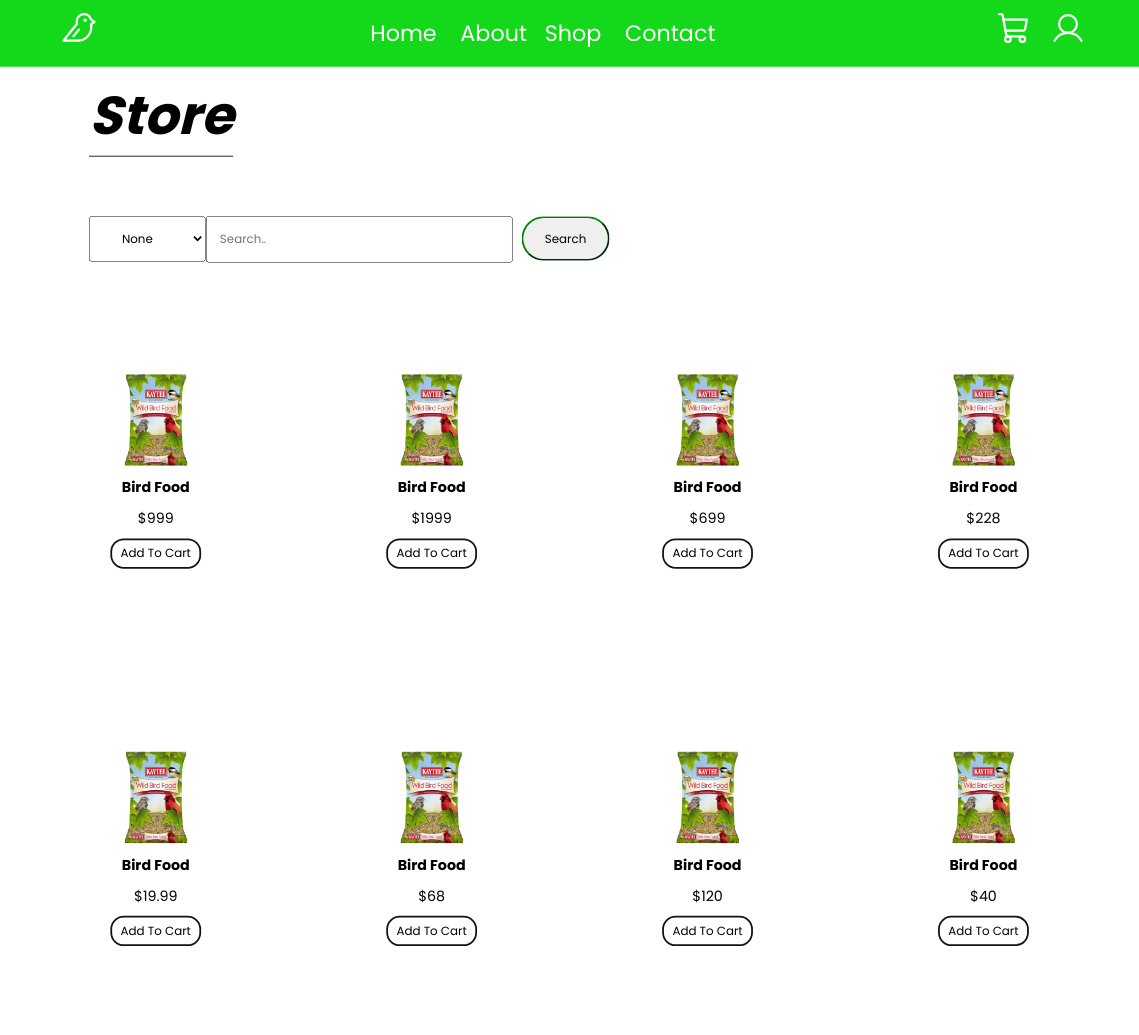
Repository: Vuhainam64/SWP391
Page: / (app in React/swp391-app/)
The author's editor kept a copy of each file at every save. The page is drawn from the files as they stood at one save, then again after the next save.
The browser window is 1280 px wide. The pictures show the whole page, at 89% of full size.
The project was rebuilt for these pictures with package versions that can differ from the ones it lists, and the page was loaded fresh each time. Also part of the build but not shown: React/swp391-app/src/pages/register/register.jsx, React/swp391-app/src/pages/home/home.jsx, React/swp391-app/src/pages/about/about.jsx, React/swp391-app/src/pages/contact/contact.jsx, React/swp391-app/src/pages/cart/cart-item.jsx, React/swp391-app/src/pages/cart/cart.css, React/swp391-app/src/pages/cart/cart.jsx.

Above is the page before, as saved 2023-06-01 14:24:33.

After the next save:
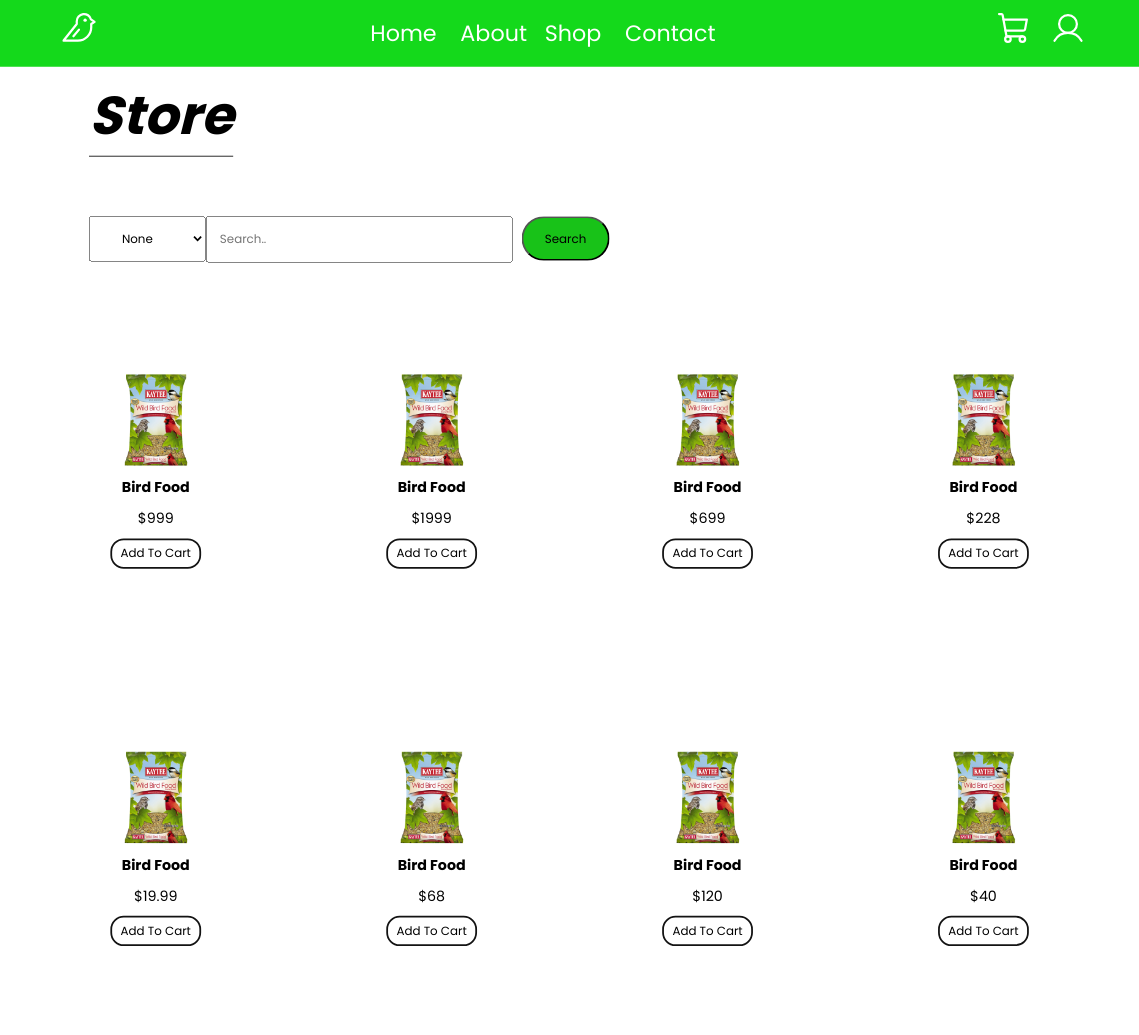
Saved 45 s later.
--- a/React/swp391-app/src/pages/shop/shop.css
+++ b/React/swp391-app/src/pages/shop/shop.css
@@ -94,6 +94,6 @@
     margin-left: 10px;
     border-radius: 50px;
     cursor: pointer;
-    border-color: green;
+    background-color: rgb(24, 194, 24);
 
 }
